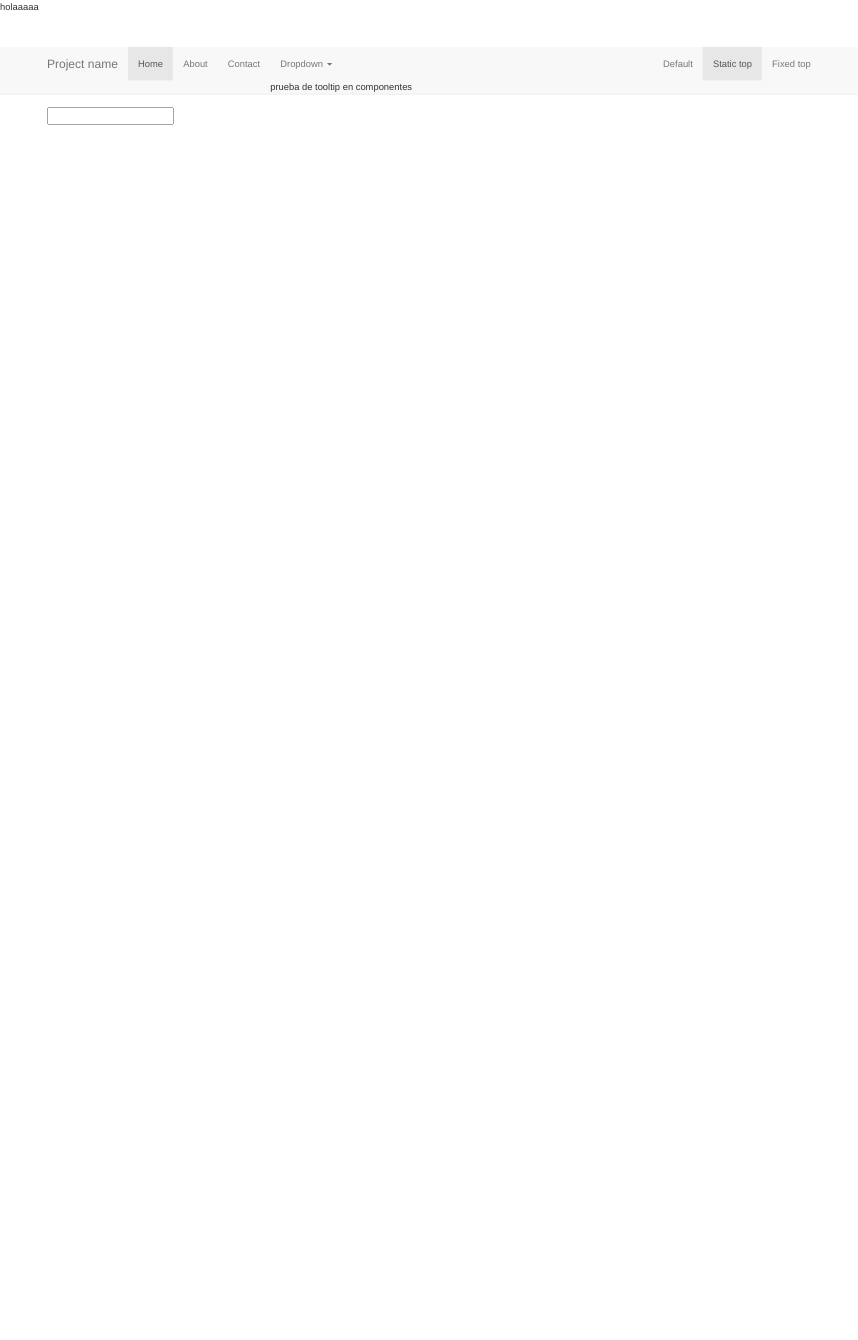
Repository: Adriansen8/GamerArts
Page: http://localhost/html/
The author's editor kept a copy of each file at every save. The page is drawn from the files as they stood at one save, then again after the next save.
The browser window is 1280 px wide. The pictures show the whole page, at 67% of full size.
The page is run by PHP 8.4 with error messages shown; the project is at /var/www/html/.

Above is the page before, as saved 2016-03-08 12:55:19.

After the next save:
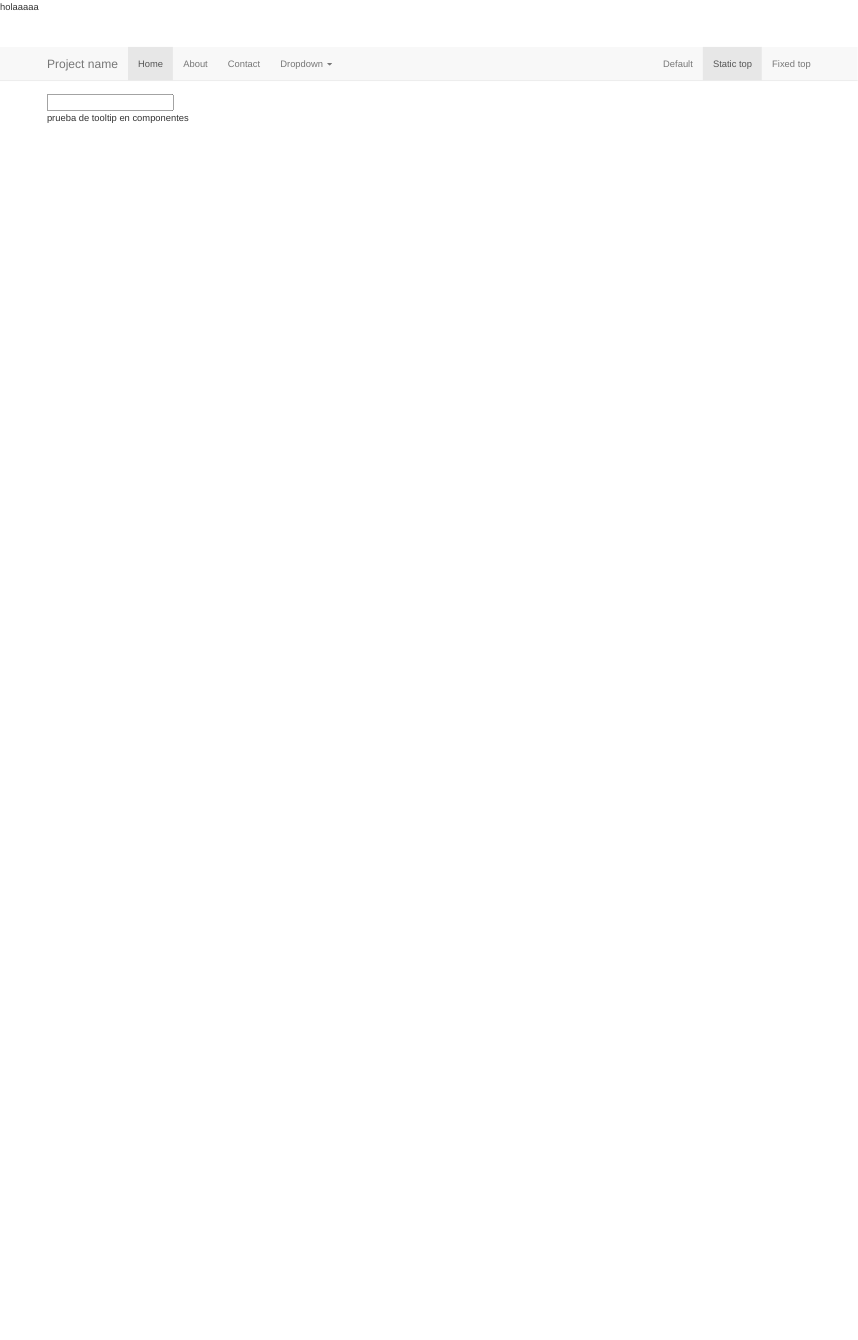
Saved 30 s later.
--- a/Proyecto/html/Index.php
+++ b/Proyecto/html/Index.php
@@ -49,7 +49,6 @@ echo "holaaaaa";
             <li><a href="#contact">Contact</a></li>
             <li class="dropdown">
               <a href="#" class="dropdown-toggle" data-toggle="dropdown" role="button" aria-haspopup="true" aria-expanded="false">Dropdown <span class="caret"></span></a>
-              <div role="tooltip" id="dropdown-tip">prueba de tooltip en componentes</div>
               <ul class="dropdown-menu">
                 <li><a href="#">Action</a></li>
                 <li><a href="#">Another action</a></li>
@@ -72,8 +71,8 @@ echo "holaaaaa";
 
 
     <div class="container">
-    <input type="text" id="entrada"/>
-
+    <input type="text" id="entrada"  aria-describedby="dropdown-tip"/>
+    <div role="tooltip" id="dropdown-tip">prueba de tooltip en componentes</div>
     </div>
 
 
